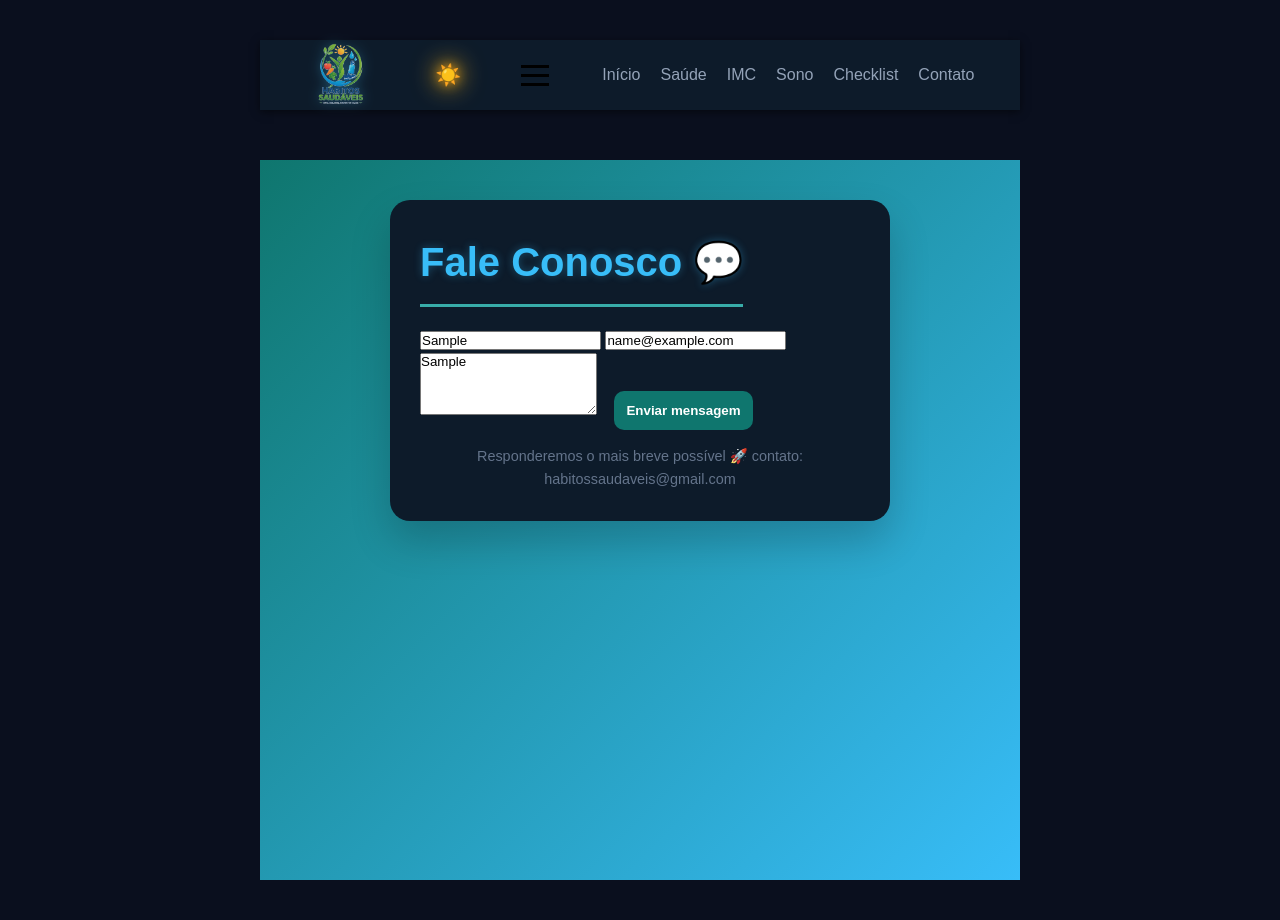
Repository: habitos2026/projetointegrador2026
Page: contato.html
The author's editor kept a copy of each file at every save. The page is drawn from the files as they stood at one save, then again after the next save.
The browser window is 1280 px wide. The pictures show the whole page.
Empty fields were first filled with sample values (such as "Sample", 5 or name@example.com).
After loading, the first visible `#btnTema` was clicked once.

Above is the page before, as saved 2026-06-10 23:26:42.

After the next save:
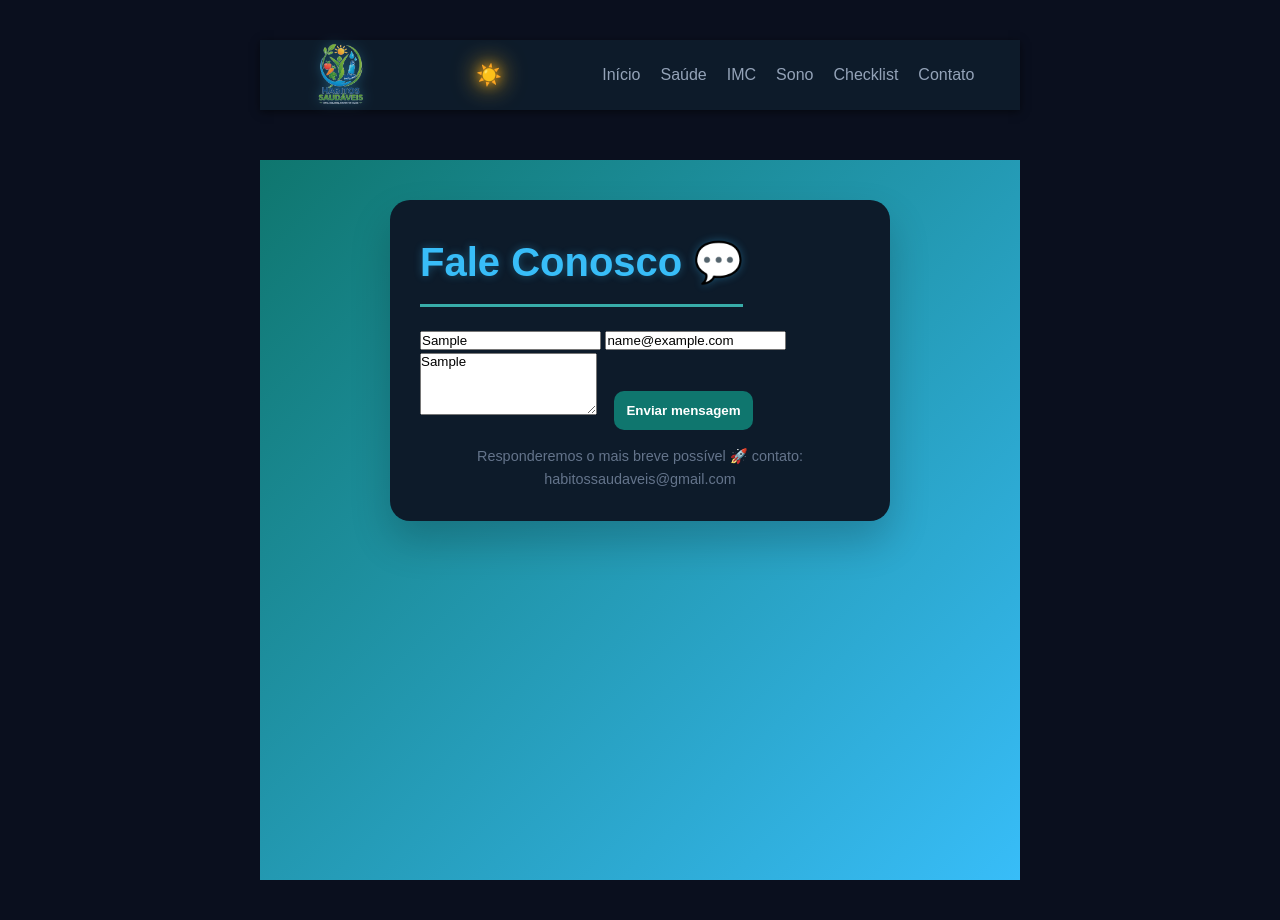
Saved 12 s later.
--- a/estilos.css
+++ b/estilos.css
@@ -464,9 +464,7 @@ body.dark footer {
 }
 
     body.dark .botaoMenu{
-        display:flex;
-
-        animation:subir 0.5s ease;
+
     }
 
     body.dark .botaoMenu:hover{
